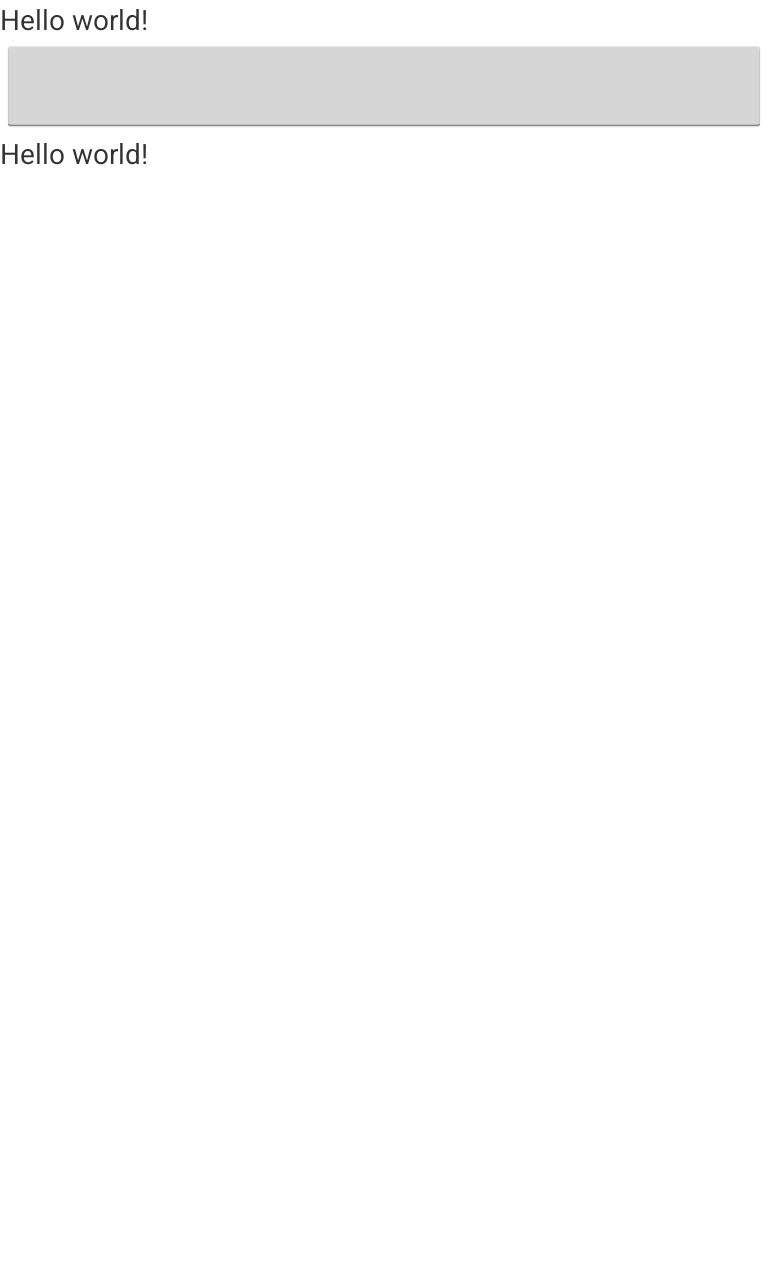
Repository: lafengmaker/androidlearn
Layout: Activity_03/res/layout/linearlayoutmain.xml
The author's editor kept a copy of each file at every save. The layout is drawn from the files as they stood at one save, then again after the next save.
It is drawn on a 768 x 1280 px phone screen (xhdpi) without system bars, with theme AppTheme; the app's code is not run.

Above is the layout before, as saved 2013-09-23 13:26:56.

### Activity_03/res/layout/linearlayoutmain.xml
<?xml version="1.0" encoding="utf-8"?>
<LinearLayout xmlns:android="http://schemas.android.com/apk/res/android"
    android:layout_width="match_parent"
    android:layout_height="match_parent"
    android:orientation="vertical" >
     <TextView
        android:id="@+id/mytestView"
        android:layout_width="fill_parent"
        android:layout_height="wrap_content"
        android:text="@string/hello_world" />
	<Button
	    android:id="@+id/myButton"
	    android:layout_width="fill_parent"
	    android:layout_height="wrap_content"/>
	 <TextView
        android:id="@+id/mytestView"
        android:layout_width="fill_parent"
        android:layout_height="wrap_content"
        android:text="@string/hello_world" />

</LinearLayout>

### Activity_03/res/values/strings.xml
<?xml version="1.0" encoding="utf-8"?>
<resources>

    <string name="app_name">Activity_01</string>
    <string name="action_settings">Settings</string>
    <string name="hello_world">Hello world!</string>
	<string name="textview">我的一个textview</string>
	<string name="buttontext">我的一\n个按钮</string>
	<string name="othertext">这是一个其他的Activity</string>
	<string name="otherbuttontext">发送短信按钮！！！</string>
</resources>

Loaded but not shown: Activity_03/res/values/styles.xml (common file); Activity_03/res/values-v11/styles.xml (common file); Activity_03/res/values-v14/styles.xml (common file)

After the next save:
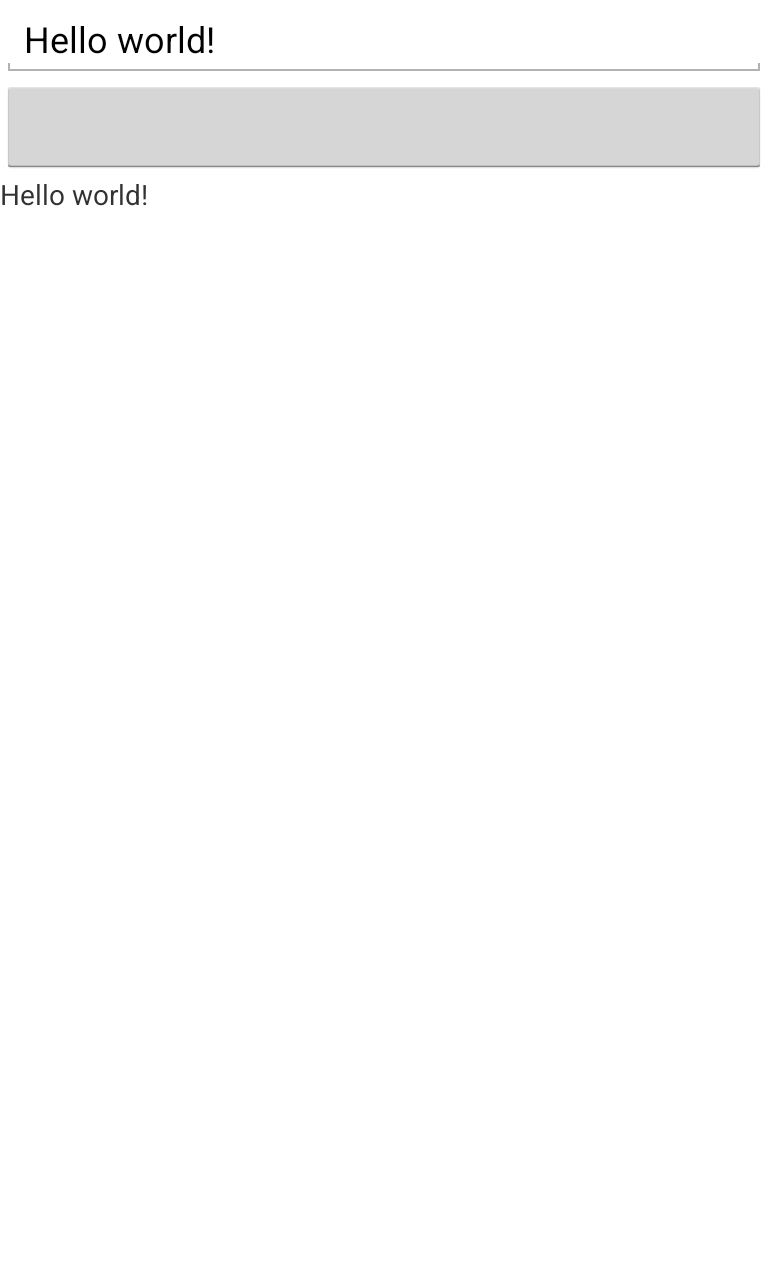
Saved 88 s later.
--- a/Activity_03/res/layout/linearlayoutmain.xml
+++ b/Activity_03/res/layout/linearlayoutmain.xml
@@ -3,7 +3,7 @@
     android:layout_width="match_parent"
     android:layout_height="match_parent"
     android:orientation="vertical" >
-     <TextView
+     <EditText
         android:id="@+id/mytestView"
         android:layout_width="fill_parent"
         android:layout_height="wrap_content"
